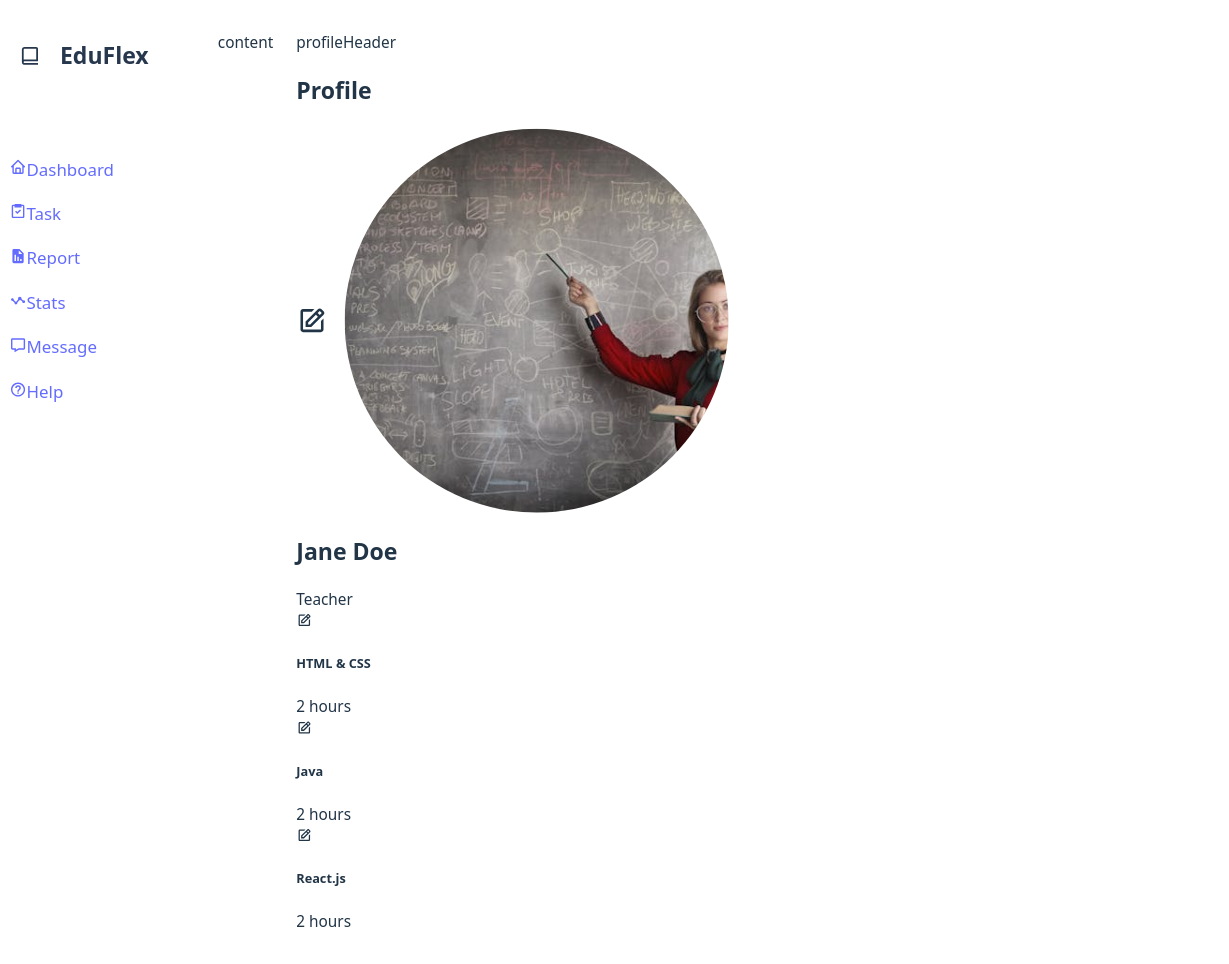
Repository: gogg23/react-dash
Page: /
An editor plug-in stored every save of this project. The page is shown before and after the next save, followed by the edit.
The browser window is 1280 px wide. The pictures show the whole page, at 96% of full size.
The project was rebuilt for these pictures with package versions that can differ from the ones it lists, and the page was loaded fresh each time. Also part of the build but not shown: vite.config.js.

Above is the page before, as saved 2025-04-09 17:58:23.

After the next save:
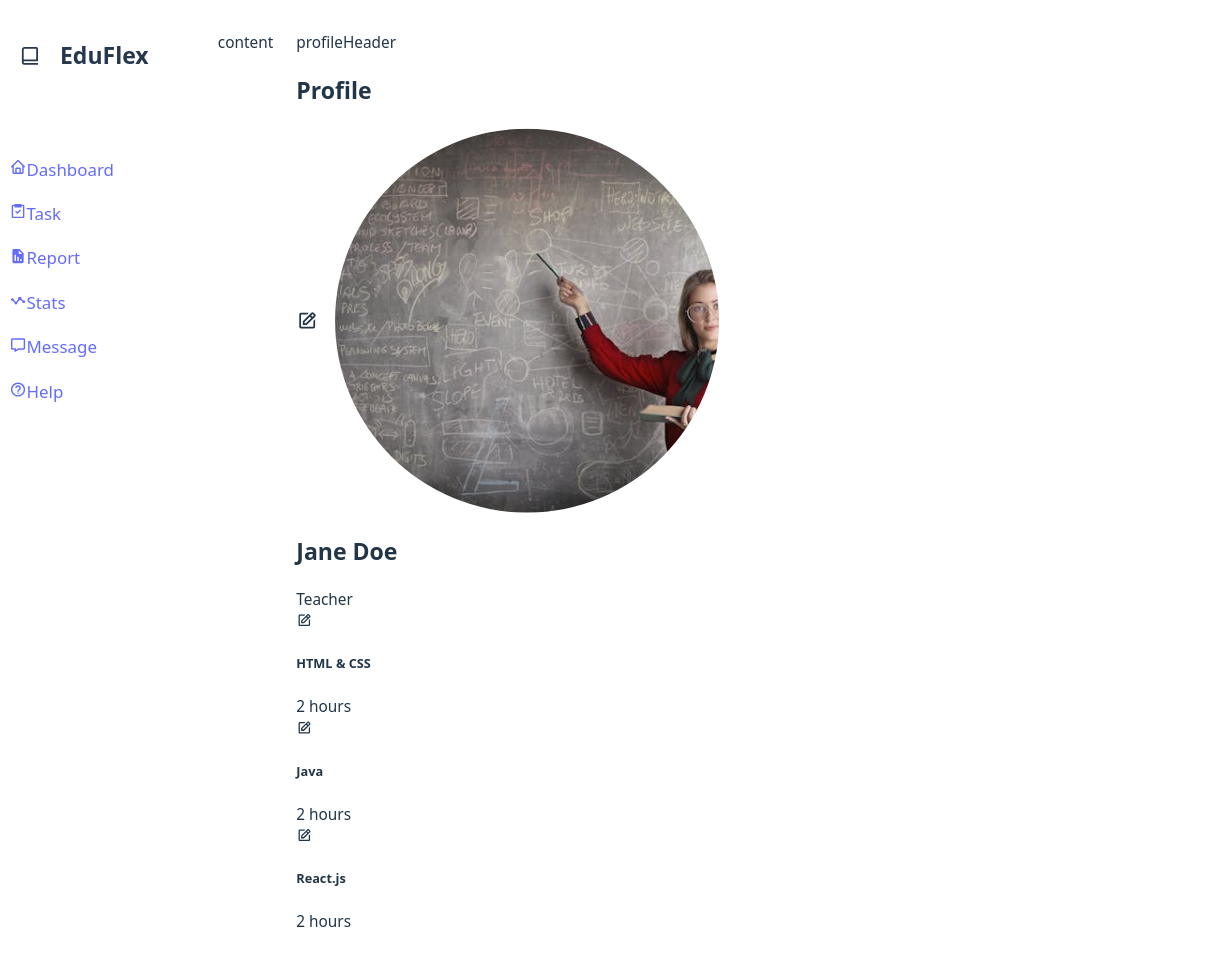
Saved 40 s later.
--- a/src/components/Profile.jsx
+++ b/src/components/Profile.jsx
@@ -33,7 +33,7 @@ const Profile = () => {
       <div className='user--detail'>
         {/* Icon on the left of profile picture */}
         <div style={{ display: 'flex', alignItems: 'center', gap: '1rem' }}>
-          <BiEdit size={32} />
+          <BiEdit size={22} />
           <img
             src={Image1}
             alt='Profile'
